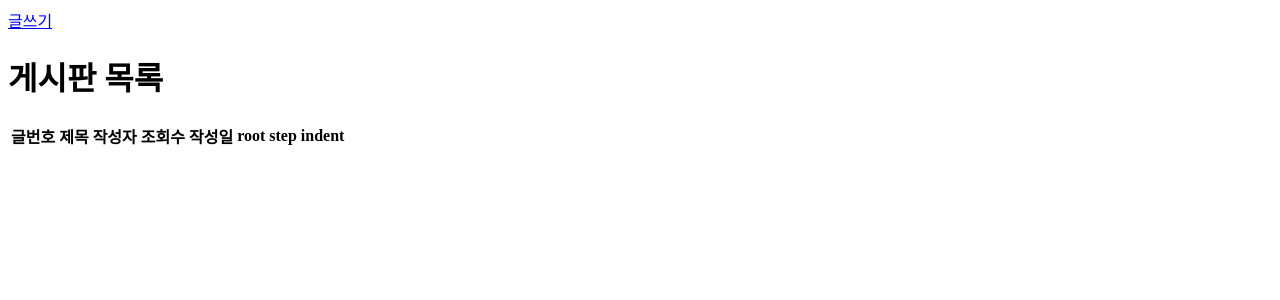
Repository: rmh6363/javastudy
Page: http://localhost/MyBoard/list.jsp
The author's editor kept a copy of each file at every save. The page is drawn from the files as they stood at one save, then again after the next save.
The browser window is 1280 px wide. The pictures show the whole page.
The page is served by Tomcat 9. Other server files are loaded and not shown.

Above is the page before, as saved 2021-01-05 02:52:28.

### MyBoard/WebContent/list.jsp
<%@ page language="java" contentType="text/html; charset=UTF-8"
    pageEncoding="UTF-8"%>
     <%@ taglib uri="http://java.sun.com/jsp/jstl/core" prefix="c" %>
    <%@ taglib uri="http://java.sun.com/jsp/jstl/fmt" prefix="fmt" %>
    <%@ taglib uri="http://java.sun.com/jsp/jstl/functions" prefix="fn" %>
<!DOCTYPE html>
<html>
<head>
<meta charset="UTF-8">
<title>게시판 목록</title>
<script src="https://ajax.googleapis.com/ajax/libs/jquery/3.5.1/jquery.min.js"></script>
</head>
<body>
<a href="insertui.do">글쓰기</a>
<h1>게시판 목록</h1>
<table>
<thead>
	<tr>
		<th>글번호</th>
		<th>제목</th>
		<th>작성자</th>
		<th>조회수</th>
		<th>작성일</th>
		<th>root</th>
		<th>step</th>
		<th>indent</th>
	</tr>

</thead>
<tbody>
<c:forEach items="${list}" var="list">
	<tr>

		<td>${list.num}</td>
		<td><a href="read.do?num=${list.num}">${list.title}</a></td>
		<td>${list.author}</td>
		<td>${list.readcnt}</td>
		<td>${list.writeday}</td>
		<td>${list.repRoot}</td>
		<td>${list.repStep}</td>
		<td>${list.repIndent}</td>

	</tr>
</c:forEach>
</tbody>
</table>
</body>
</html>

After the next save:
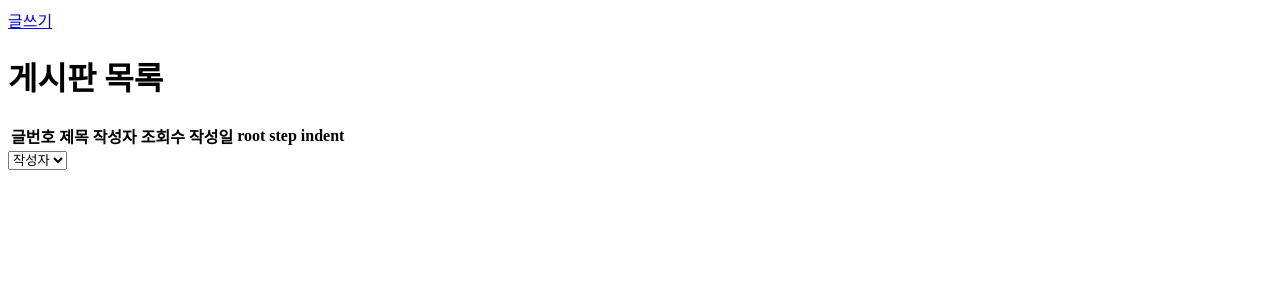
Saved 2 h 5 min later.
--- a/MyBoard/WebContent/list.jsp
+++ b/MyBoard/WebContent/list.jsp
@@ -44,5 +44,17 @@
 </c:forEach>
 </tbody>
 </table>
+<form action="search.do">
+<select name="searchoption">
+	<option>작성자</option>
+		<option value="title">제목</option>
+			<option value="content">내용</option>
+</select>
+
+
+
+
+</form>
+
 </body>
 </html>
